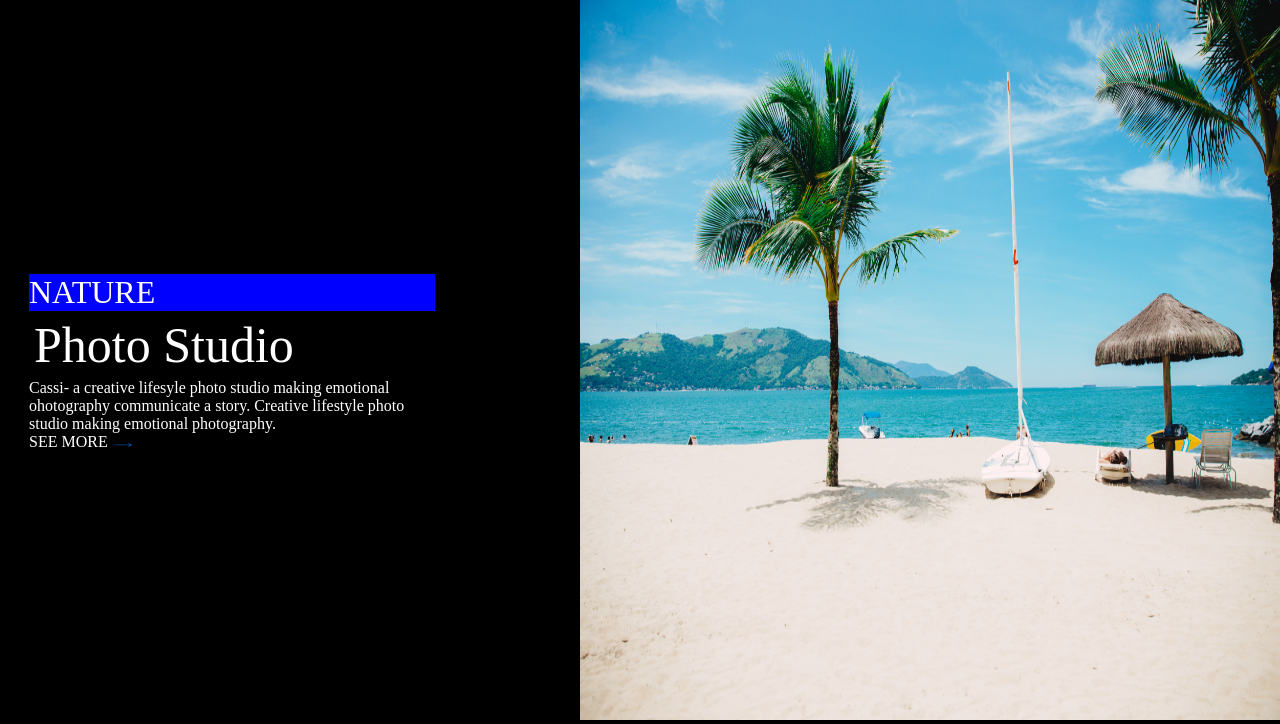
Repository: BRAspeaks/petty-project1
Page: petty project 1.html
An editor plug-in stored every save of this project. The page is shown before and after the next save, followed by the edit.
The browser window is 1280 px wide. The pictures show the whole page.

Above is the page before, as saved 2022-07-25 15:19:54.

### petty project 1.html
<!DOCTYPE html>
<html lang="en">
    <head>
        <meta charset="UTF-8">
        <meta http-equiv="X-UA-Compatible" content="IE=edge">
        <meta name="viewport" content="width=device-width, initial-scale=1.0">
        <title> Photo Studio</title>
        <link rel="stylesheet" href="pettyproject1.css">
    </head>
    <body>
        <div class="main">
            <p class="Nature"> NATURE</p>
            <p class="photo">Photo Studio</p>
            <p class="bodice">Cassi- a creative lifesyle photo studio making emotional ohotography communicate a story. Creative lifestyle photo studio making emotional photography.</p>
            <p class="more">SEE MORE </p>
            <img src="bluearrow.png" class="arrow">
        </div>
        <div class="image">
            <img src="beach.jpg" class="beach" >
        </div>
    </body>
</html>

### pettyproject1.css
* {
    margin: 0;
    padding: 0;
    box-sizing: border-box;
}
body{
    background-color: black;
    color: white;
    display: grid;
    grid-template-columns: 1fr 1fr;
    align-items: center;
    justify-content: space-between;
}
.main{
    text-align: left;
    width: 70%;
    margin-left: 5%;
    margin-right: 5%;
}
.Nature{
    background-color: blue;
    /* width:70px; */
    font-size: 2rem;
}
.photo{
    font-size: 50px;
    margin: 5px;
}
.arrow{
    width:20px;
}
.more, .arrow {
    display: inline-block
}
.main, .image{
    /* display:inline-block; */
}
.image{
    /* text-align: right;    */
    width: 100%;
    align-self: center;
}
.beach{
    width: 700px;
    height: 100vh;
    /* margin-bottom: -500px; */
}

After the next save:
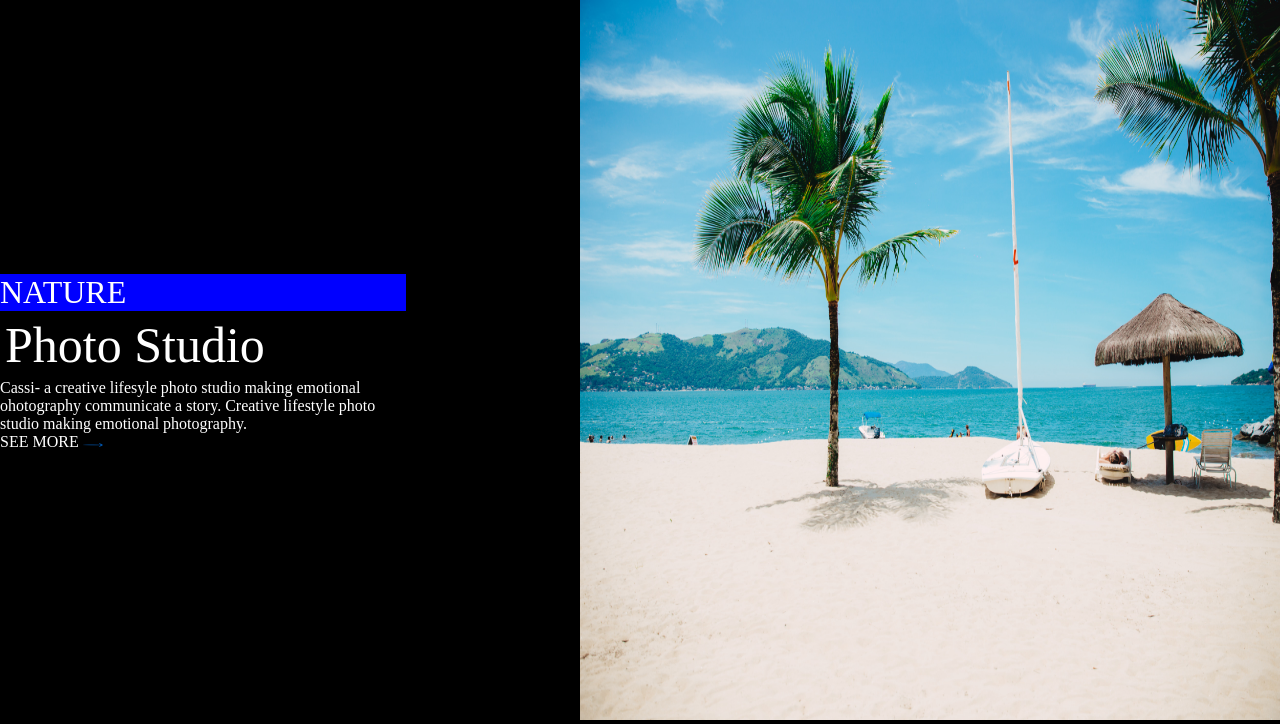
Saved 5 s later.
--- a/pettyproject1.css
+++ b/pettyproject1.css
@@ -14,8 +14,7 @@ body{
 .main{
     text-align: left;
     width: 70%;
-    margin-left: 5%;
-    margin-right: 5%;
+
 }
 .Nature{
     background-color: blue;
